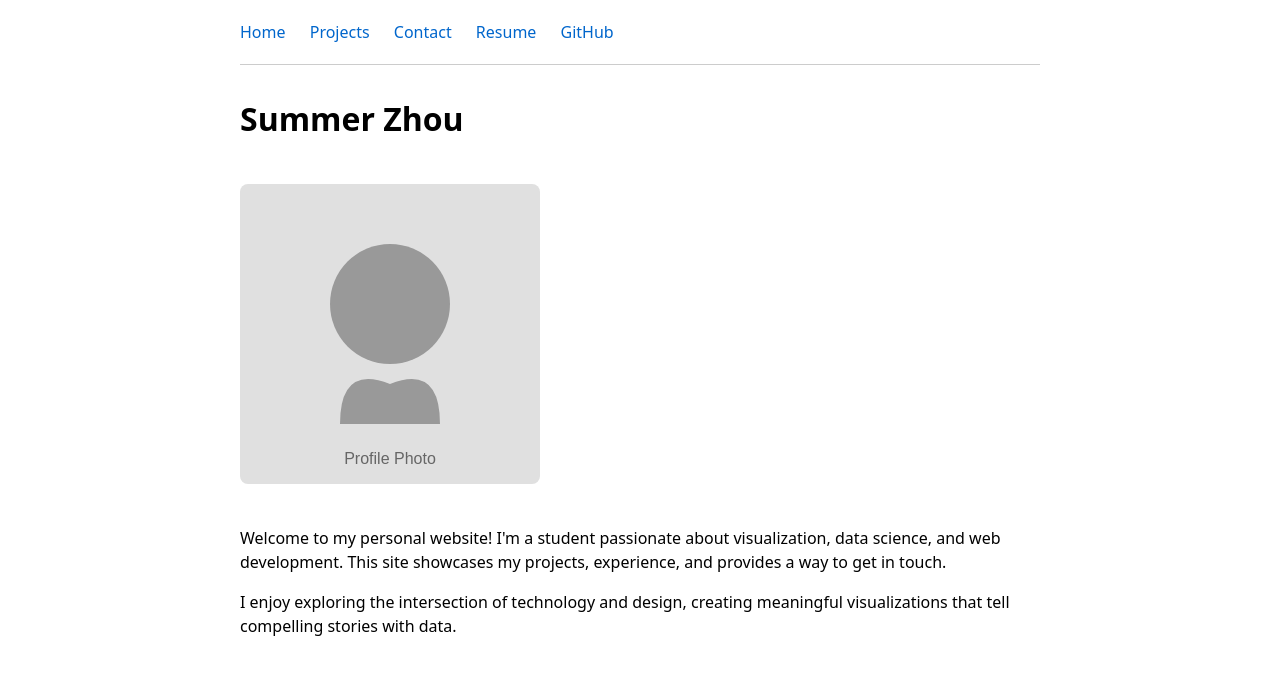
Repository: SummerZ27/personal-website
Page: index.html
An editor plug-in stored every save of this project. The page is shown before and after the next save, followed by the edit.
The browser window is 1280 px wide. The pictures show the whole page.

Above is the page before, as saved 2026-02-09 21:21:57.

After the next save:
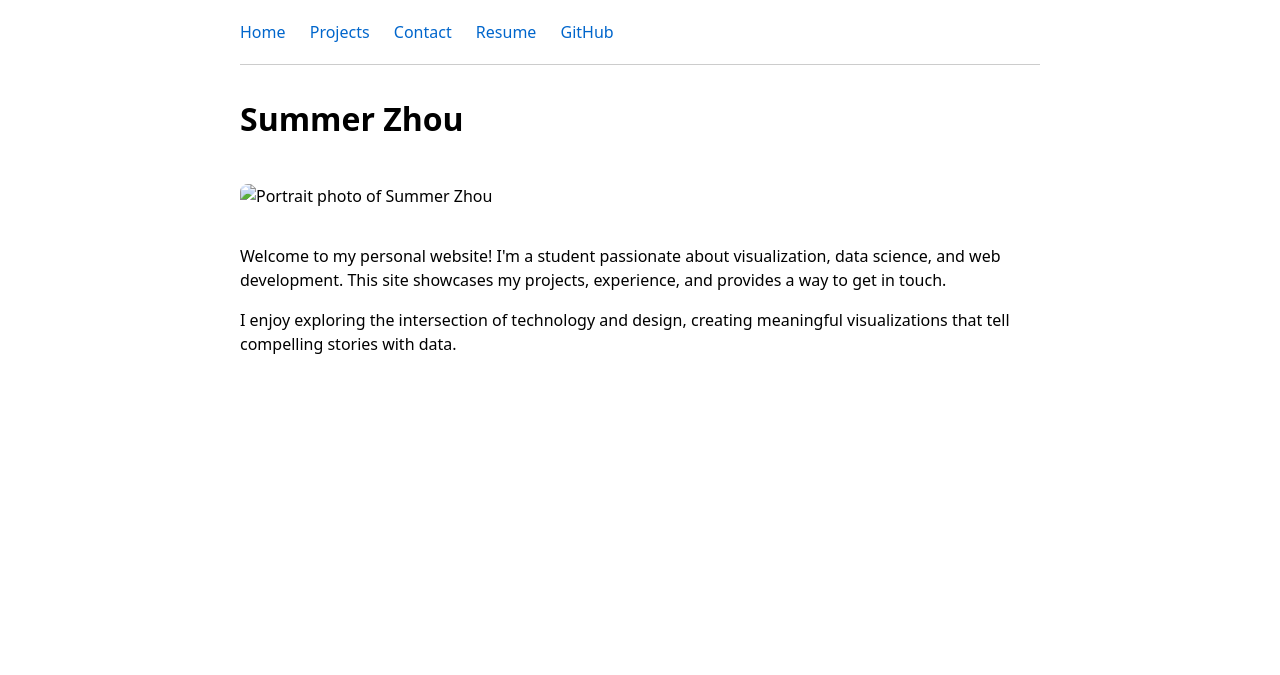
Not found: images/profile.jpg
Saved 15 h 57 min later.
--- a/index.html
+++ b/index.html
@@ -17,7 +17,7 @@
 
     <h1>Summer Zhou</h1>
 
-    <img src="images/profile.svg" alt="Portrait photo of Summer Zhou">
+    <img src="images/profile.jpg" alt="Portrait photo of Summer Zhou">
 
     <p>Welcome to my personal website! I'm a student passionate about visualization, data science, and web development. This site showcases my projects, experience, and provides a way to get in touch.</p>
 
